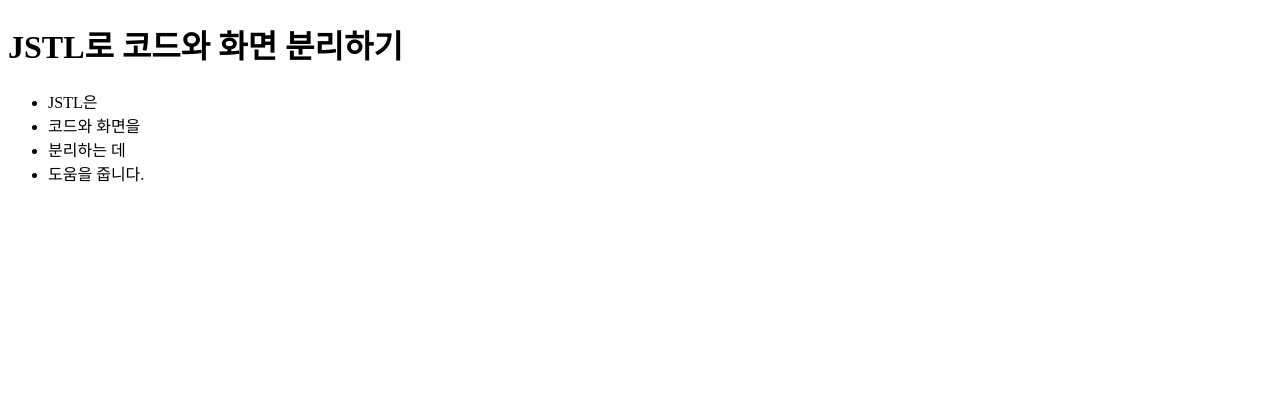
Repository: 1plus1equals3-true/Board-temp
Page: http://localhost/jsp/test/test2.jsp
The author's editor kept a copy of each file at every save. The page is drawn from the files as they stood at one save, then again after the next save.
The browser window is 1280 px wide. The pictures show the whole page.
The page is served by Tomcat 9.

Above is the page before, as saved 2025-09-15 04:00:39.

After the next save:
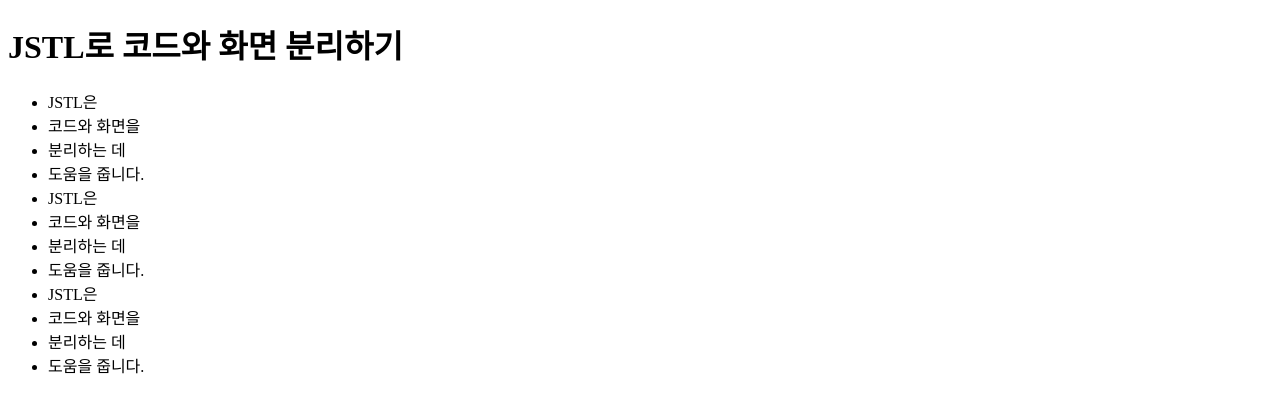
Saved 7 min 3 s later.
--- a/jsp/src/main/webapp/test/test2.jsp
+++ b/jsp/src/main/webapp/test/test2.jsp
@@ -6,6 +6,14 @@
 <%
     // 비즈니스 로직: 데이터 생성
     List<String> items = new ArrayList<>();
+    items.add("JSTL은");
+    items.add("코드와 화면을");
+    items.add("분리하는 데");
+    items.add("도움을 줍니다.");
+    items.add("JSTL은");
+    items.add("코드와 화면을");
+    items.add("분리하는 데");
+    items.add("도움을 줍니다.");
     items.add("JSTL은");
     items.add("코드와 화면을");
     items.add("분리하는 데");
